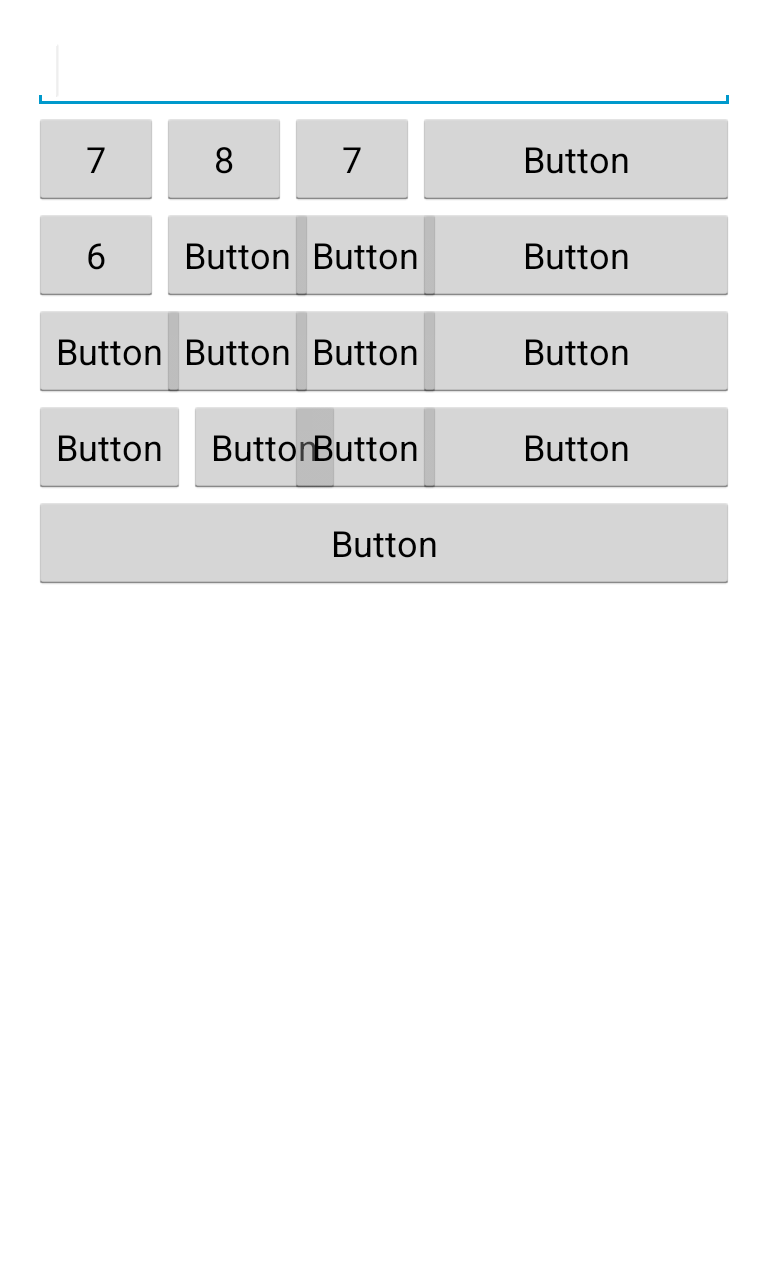
Repository: HGtz2222/LearningAndroid
Layout: test1/Calc/res/layout/activity_main.xml
These files come from the project's save history. The layout is drawn as it stood at one moment and after the next save; the edit follows.
It is drawn on a 768 x 1280 px phone screen (xhdpi) without system bars, with theme AppTheme; the app's code is not run.

Above is the layout before, as saved 2014-09-15 02:55:22.

### test1/Calc/res/layout/activity_main.xml
<LinearLayout xmlns:android="http://schemas.android.com/apk/res/android"
    xmlns:tools="http://schemas.android.com/tools"
    android:id="@+id/LinearLayout1"
    android:layout_width="match_parent"
    android:layout_height="match_parent"
    android:orientation="vertical"
    android:paddingBottom="@dimen/activity_vertical_margin"
    android:paddingLeft="@dimen/activity_horizontal_margin"
    android:paddingRight="@dimen/activity_horizontal_margin"
    android:paddingTop="@dimen/activity_vertical_margin"
    tools:context=".MainActivity" >

    <EditText
        android:id="@+id/screen"
        android:layout_width="match_parent"
        android:layout_height="wrap_content"
        android:ems="10" >
        <requestFocus />
    </EditText>

    <RelativeLayout
        android:layout_width="match_parent"
        android:layout_height="match_parent" >

        <Button
            android:id="@+id/button1"
            android:layout_width="wrap_content"
            android:layout_height="wrap_content"
            android:layout_alignParentLeft="true"
            android:layout_alignParentTop="true"
            android:text="@string/num7" />

        <Button
            android:id="@+id/button2"
            android:layout_width="wrap_content"
            android:layout_height="wrap_content"
            android:layout_alignParentTop="true"
            android:layout_toRightOf="@+id/button1"
            android:text="@string/num8" />

        <Button
            android:id="@+id/button3"
            android:layout_width="wrap_content"
            android:layout_height="wrap_content"
            android:layout_alignParentTop="true"
            android:layout_toRightOf="@+id/button2"
            android:text="@string/num7" />

        <Button
            android:id="@+id/button4"
            android:layout_width="wrap_content"
            android:layout_height="wrap_content"
            android:layout_alignParentLeft="true"
            android:layout_below="@+id/button1"
            android:text="@string/num6" />

        <Button
            android:id="@+id/button5"
            android:layout_width="wrap_content"
            android:layout_height="wrap_content"
            android:layout_alignBaseline="@+id/button4"
            android:layout_alignBottom="@+id/button4"
            android:layout_alignLeft="@+id/button2"
            android:text="Button" />

        <Button
            android:id="@+id/button6"
            android:layout_width="wrap_content"
            android:layout_height="wrap_content"
            android:layout_alignBaseline="@+id/button5"
            android:layout_alignBottom="@+id/button5"
            android:layout_alignLeft="@+id/button3"
            android:text="Button" />

        <Button
            android:id="@+id/button7"
            android:layout_width="wrap_content"
            android:layout_height="wrap_content"
            android:layout_alignParentLeft="true"
            android:layout_below="@+id/button4"
            android:text="Button" />

        <Button
            android:id="@+id/button8"
            android:layout_width="wrap_content"
            android:layout_height="wrap_content"
            android:layout_alignBaseline="@+id/button7"
            android:layout_alignBottom="@+id/button7"
            android:layout_alignLeft="@+id/button5"
            android:text="Button" />

        <Button
            android:id="@+id/button9"
            android:layout_width="wrap_content"
            android:layout_height="wrap_content"
            android:layout_alignBaseline="@+id/button8"
            android:layout_alignBottom="@+id/button8"
            android:layout_alignLeft="@+id/button6"
            android:text="Button" />

        <Button
            android:id="@+id/button10"
            android:layout_width="wrap_content"
            android:layout_height="wrap_content"
            android:layout_alignParentLeft="true"
            android:layout_below="@+id/button7"
            android:text="Button" />

        <Button
            android:id="@+id/button11"
            android:layout_width="wrap_content"
            android:layout_height="wrap_content"
            android:layout_alignBaseline="@+id/button10"
            android:layout_alignBottom="@+id/button10"
            android:layout_toRightOf="@+id/button10"
            android:text="Button" />

        <Button
            android:id="@+id/button12"
            android:layout_width="wrap_content"
            android:layout_height="wrap_content"
            android:layout_alignLeft="@+id/button9"
            android:layout_below="@+id/button9"
            android:text="Button" />

        <Button
            android:id="@+id/button13"
            android:layout_width="wrap_content"
            android:layout_height="wrap_content"
            android:layout_alignParentLeft="true"
            android:layout_alignParentRight="true"
            android:layout_below="@+id/button10"
            android:text="Button" />

        <Button
            android:id="@+id/button14"
            android:layout_width="wrap_content"
            android:layout_height="wrap_content"
            android:layout_alignBottom="@+id/button3"
            android:layout_alignParentRight="true"
            android:layout_alignParentTop="true"
            android:layout_toRightOf="@+id/button3"
            android:text="Button" />

        <Button
            android:id="@+id/Button01"
            android:layout_width="wrap_content"
            android:layout_height="wrap_content"
            android:layout_above="@+id/button9"
            android:layout_alignLeft="@+id/button14"
            android:layout_alignParentRight="true"
            android:layout_alignTop="@+id/button6"
            android:text="Button" />

        <Button
            android:id="@+id/button15"
            android:layout_width="wrap_content"
            android:layout_height="wrap_content"
            android:layout_alignBottom="@+id/button9"
            android:layout_alignLeft="@+id/Button01"
            android:layout_alignParentRight="true"
            android:layout_below="@+id/button6"
            android:text="Button" />

        <Button
            android:id="@+id/button16"
            android:layout_width="wrap_content"
            android:layout_height="wrap_content"
            android:layout_alignBottom="@+id/button12"
            android:layout_alignLeft="@+id/button15"
            android:layout_alignParentRight="true"
            android:layout_below="@+id/button9"
            android:text="Button" />

    </RelativeLayout>

</LinearLayout>

### test1/Calc/res/values/strings.xml
<?xml version="1.0" encoding="utf-8"?>
<resources>

    <string name="app_name">Calc</string>
    <string name="action_settings">Settings</string>
    <string name="hello_world">Hello world!</string>
    <string name="num0">0</string>
    <string name="num1">1</string>
    <string name="num2">2</string>
    <string name="num3">3</string>
    <string name="num4">4</string>
    <string name="num5">5</string>
    <string name="num6">6</string>
    <string name="num7">7</string>
    <string name="num8">8</string>
    <string name="num9">9</string>
    <string name="point">.</string>
    <string name="plus">+</string>
    <string name="minus">-</string>
    <string name="mutli">*</string>
    <string name="divide">/</string>
    <string name="equal">=</string>
    <string name="clear">C</string>

</resources>

Loaded but not shown: test1/Calc/res/values/styles.xml (common file); test1/Calc/res/values-v11/styles.xml (common file); test1/Calc/res/values-v14/styles.xml (common file); test1/Calc/res/values/dimens.xml (common file)

After the next save:
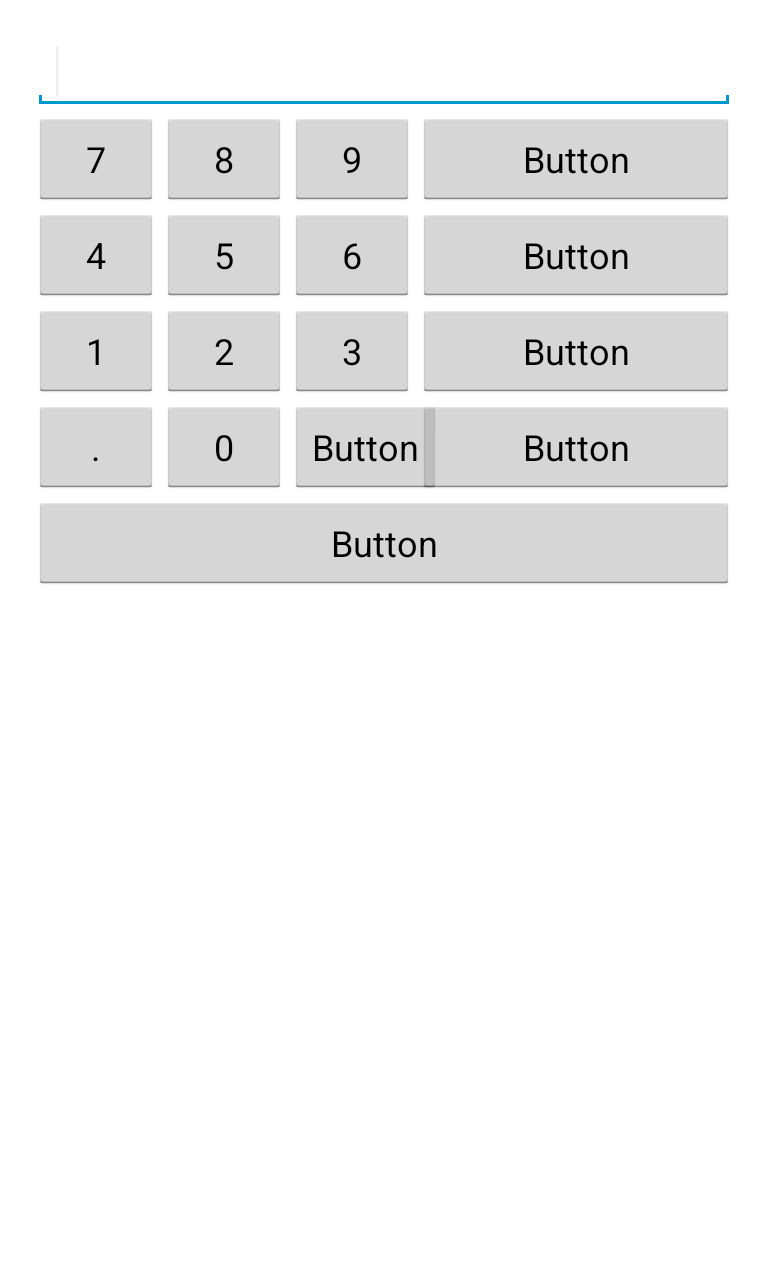
Saved 5 s later.
--- a/test1/Calc/res/layout/activity_main.xml
+++ b/test1/Calc/res/layout/activity_main.xml
@@ -44,7 +44,7 @@
             android:layout_height="wrap_content"
             android:layout_alignParentTop="true"
             android:layout_toRightOf="@+id/button2"
-            android:text="@string/num7" />
+            android:text="@string/num9" />
 
         <Button
             android:id="@+id/button4"
@@ -52,7 +52,7 @@
             android:layout_height="wrap_content"
             android:layout_alignParentLeft="true"
             android:layout_below="@+id/button1"
-            android:text="@string/num6" />
+            android:text="@string/num4" />
 
         <Button
             android:id="@+id/button5"
@@ -61,7 +61,7 @@
             android:layout_alignBaseline="@+id/button4"
             android:layout_alignBottom="@+id/button4"
             android:layout_alignLeft="@+id/button2"
-            android:text="Button" />
+            android:text="@string/num5" />
 
         <Button
             android:id="@+id/button6"
@@ -70,7 +70,7 @@
             android:layout_alignBaseline="@+id/button5"
             android:layout_alignBottom="@+id/button5"
             android:layout_alignLeft="@+id/button3"
-            android:text="Button" />
+            android:text="@string/num6" />
 
         <Button
             android:id="@+id/button7"
@@ -78,7 +78,7 @@
             android:layout_height="wrap_content"
             android:layout_alignParentLeft="true"
             android:layout_below="@+id/button4"
-            android:text="Button" />
+            android:text="@string/num1" />
 
         <Button
             android:id="@+id/button8"
@@ -87,7 +87,7 @@
             android:layout_alignBaseline="@+id/button7"
             android:layout_alignBottom="@+id/button7"
             android:layout_alignLeft="@+id/button5"
-            android:text="Button" />
+            android:text="@string/num2" />
 
         <Button
             android:id="@+id/button9"
@@ -96,7 +96,7 @@
             android:layout_alignBaseline="@+id/button8"
             android:layout_alignBottom="@+id/button8"
             android:layout_alignLeft="@+id/button6"
-            android:text="Button" />
+            android:text="@string/num3" />
 
         <Button
             android:id="@+id/button10"
@@ -104,7 +104,7 @@
             android:layout_height="wrap_content"
             android:layout_alignParentLeft="true"
             android:layout_below="@+id/button7"
-            android:text="Button" />
+            android:text="@string/point" />
 
         <Button
             android:id="@+id/button11"
@@ -113,7 +113,7 @@
             android:layout_alignBaseline="@+id/button10"
             android:layout_alignBottom="@+id/button10"
             android:layout_toRightOf="@+id/button10"
-            android:text="Button" />
+            android:text="@string/num0" />
 
         <Button
             android:id="@+id/button12"
